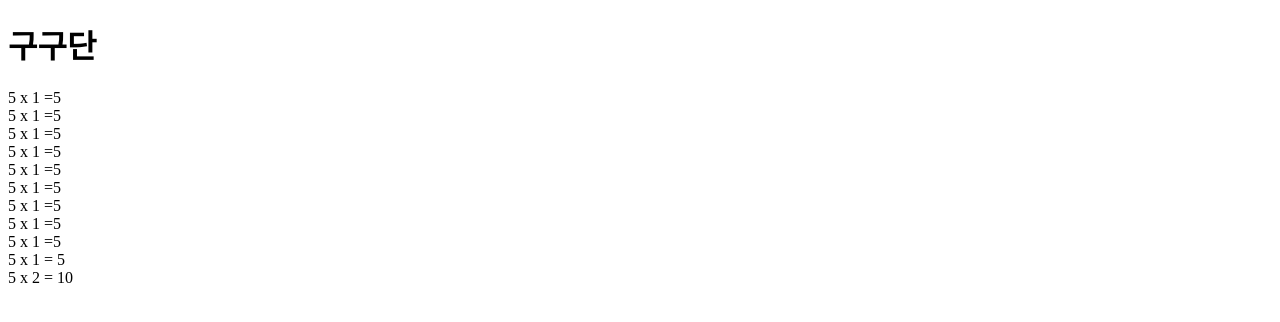
Repository: sujin9335/sever
Page: http://localhost/JSPTest/ex04.jsp
The author's editor kept a copy of each file at every save. The page is drawn from the files as they stood at one save, then again after the next save.
The browser window is 1280 px wide. The pictures show the whole page.
The page is served by Tomcat 9.

Above is the page before, as saved 2023-10-17 05:31:46.

### JSPTest/src/main/webapp/ex04.jsp
<%@ page language="java" contentType="text/html; charset=UTF-8"
    pageEncoding="UTF-8"%>

<%

	int dan=5;



%>
<!DOCTYPE html>
<html>
<head>
<meta charset="UTF-8">
<title>Insert title here</title>
</head>
<body>
	<h1>구구단</h1>

	<%
		for(int i=1; i<=9; i++) {
	%>
			<div>5 x 1 =5</div>
	<%
		}
	%>


	<div>5 x 1 = 5</div>
	<div>5 x 2 = 10</div>

</body>
</html>

After the next save:
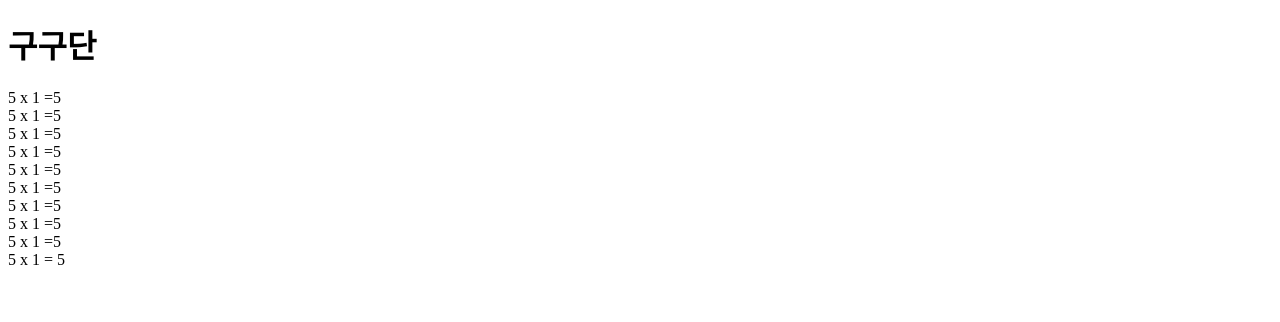
Saved 14 s later.
--- a/JSPTest/src/main/webapp/ex04.jsp
+++ b/JSPTest/src/main/webapp/ex04.jsp
@@ -27,7 +27,6 @@
 
 
 	<div>5 x 1 = 5</div>
-	<div>5 x 2 = 10</div>
 
 </body>
 </html>
